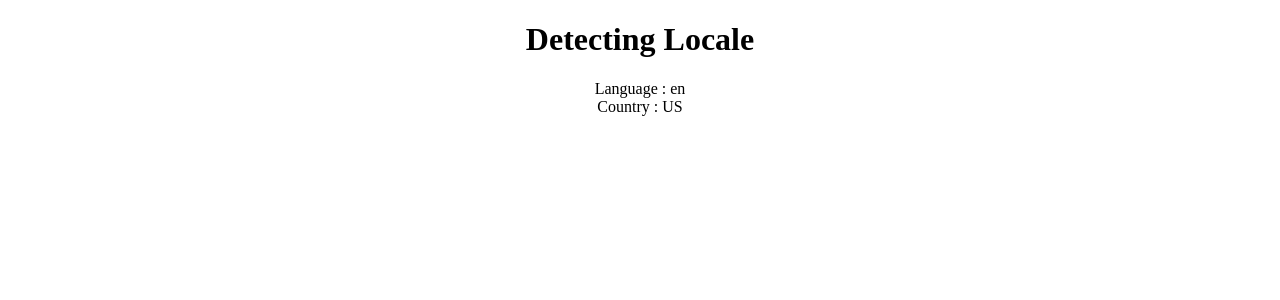
Repository: eterinfi/java
Page: http://localhost/JSPDemo/Espanyol.jsp
These files come from the project's save history. The page is drawn as it stood at one moment and after a run of saves; the edit follows.
The browser window is 1280 px wide. The pictures show the whole page.
The page is served by Tomcat 9. Nobody is signed in. The application's start-up code is not run.

Above is the page before, as saved 2016-11-16 10:13:10.

After the next 3 saves:
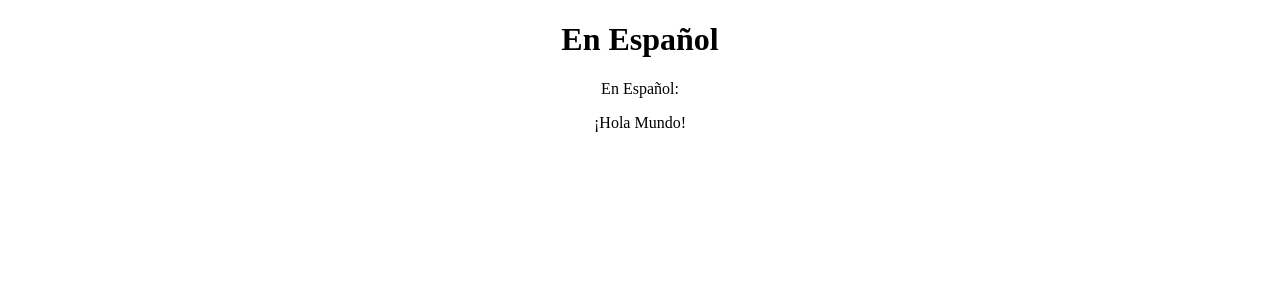
The 3 saves are shown as one change because 2 did not build or start.
The last was saved 4 min 49 s later.
--- a/jee/JSPDemo/WebContent/Espanyol.jsp
+++ b/jee/JSPDemo/WebContent/Espanyol.jsp
@@ -3,25 +3,24 @@
 <%@ page import="java.util.Locale" %>
 <!DOCTYPE html PUBLIC "-//W3C//DTD HTML 4.01 Transitional//EN" "http://www.w3.org/TR/html4/loose.dtd">
 <%
-  // 获取客户端本地化信息
-  Locale locale = request.getLocale();
-  String language = locale.getLanguage();
-  String country = locale.getCountry();
+  // Set response content type
+  response.setContentType("text/html");
+  // Set Spanish language code
+  response.setHeader("Content-Language", "es");
+  String title = "En Espa&ntilde;ol";
 %>
 <html>
 <head>
   <meta http-equiv="Content-Type" content="text/html; charset=UTF-8">
-  <title>Detecting Locale</title>
+  <title><% out.print(title); %></title>
 </head>
 <body>
   <center>
-    <h1>Detecting Locale</h1>
+    <h1><% out.print(title); %></h1>
   </center>
-  <p align="center">
-    <%
-      out.println("Language : " + language + "<br />");
-      out.println("Country  : " + country  + "<br />");
-    %>
-  </p>
+  <div align="center">
+    <p>En Espa&ntilde;ol:</p>
+    <p>&iexcl;Hola Mundo!</p>
+  </div>
 </body>
 </html>
